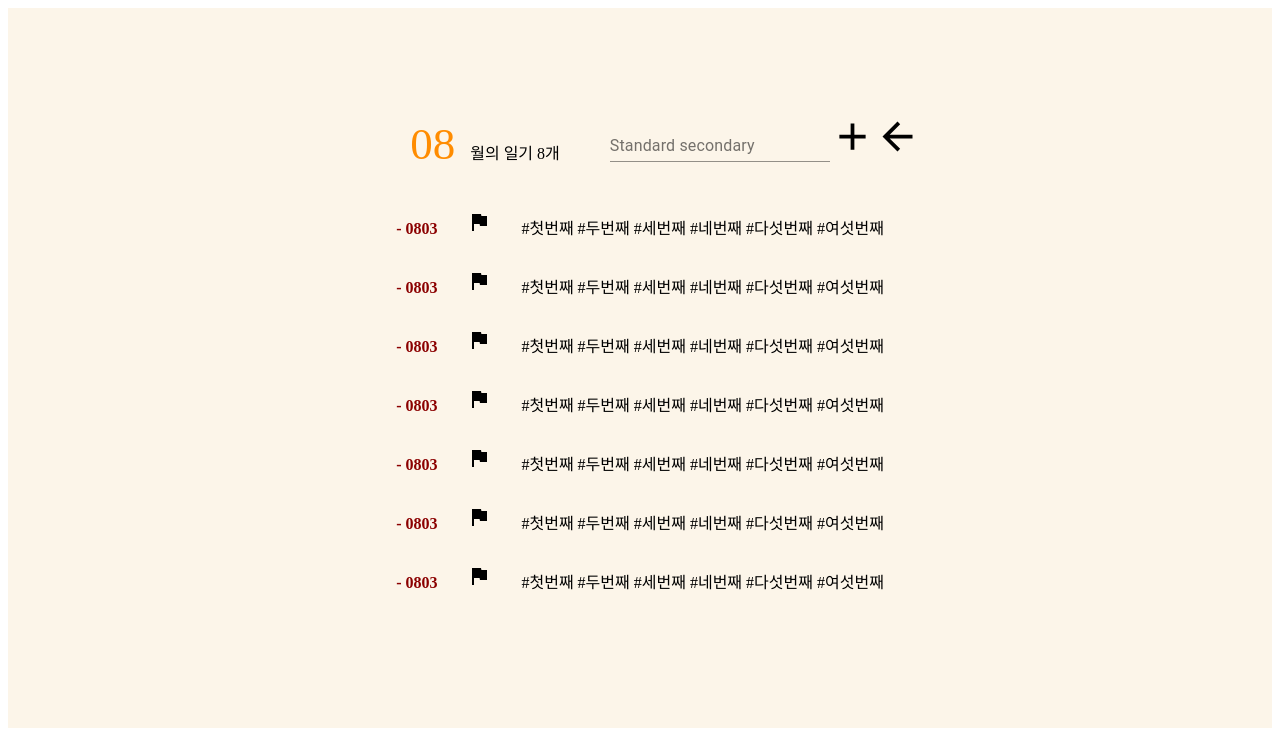
Repository: IMHANA/diary
Page: /list
The author's editor kept a copy of each file at every save. The page is drawn from the files as they stood at one save, then again after the next save.
The browser window is 1280 px wide. The pictures show the whole page.
The project was rebuilt for these pictures with package versions that can differ from the ones it lists, and the page was loaded fresh each time. Also part of the build but not shown: src/App.css, src/pages/Main/main.js, src/pages/Month/month.js.

Above is the page before, as saved 2021-08-05 17:44:01.

### src/App.js
import './App.css';
import React, { Component } from 'react'
import MainTemplates from './components/MainTemplates';

class App extends Component {
  render() {
    console.log('메인을 불러온다!')
    return (
      <div>
        <MainTemplates/>
      </div>
    )
  }
}

export default App;

### src/components/MainTemplates.js
import React, { Component } from 'react'
import Main from '../pages/Main/main';
import Month from '../pages/Month/month';
import DayList from '../pages/DayList/dayList';
import { BrowserRouter as Router, Route, Switch, Link} from 'react-router-dom';

export default class MainTemplates extends Component {
    render() {
        return (
            <Router>
                <Switch>
                    <Route exact path='/' component={Main}/>
                    <Route path='/monthly' component={ Month }/>
                    <Route path='/list' component={ DayList} />
                </Switch>
            </Router>
        )
    }
}

### src/pages/DayList/dayList.js
import React, { Component } from 'react';
import { Add, ArrowBack , Flag} from '@material-ui/icons'
import TextField from '@material-ui/core/TextField';
import '../DayList/dayList.css';

export default class dayList extends Component {
    render() {
        return (
            <div id='container'>
                <div id='sub_box'>
                    <div className='list_title'>
                        <span id='month'>08</span><span id='month_sub'>월의 일기 8개</span>
                        <TextField id="standard-secondary" label="Standard secondary" color="secondary" />
                        <Add style={{fontSize: '45px'}}/>
                        <ArrowBack style={{fontSize: '45px'}} />
                    </div>
                    <div id='title'

                    ></div>
                    <div>
                        <div className='list_box'>
                            <span className='date'>- 0803</span>
                            <Flag className='icon'/>
                            <span>#첫번째 #두번째 #세번째 #네번째 #다섯번째 #여섯번째</span>
                        </div>
                        <div className='list_box'>
                            <span className='date'>- 0803</span>
                            <Flag className='icon'/>
                            <span>#첫번째 #두번째 #세번째 #네번째 #다섯번째 #여섯번째</span>
                        </div>
                        <div className='list_box'>
                            <span className='date'>- 0803</span>
                            <Flag className='icon'/>
                            <span>#첫번째 #두번째 #세번째 #네번째 #다섯번째 #여섯번째</span>
                        </div>
                        <div className='list_box'>
                            <span className='date'>- 0803</span>
                            <Flag className='icon'/>
                            <span>#첫번째 #두번째 #세번째 #네번째 #다섯번째 #여섯번째</span>
                        </div>
                        <div className='list_box'>
                            <span className='date'>- 0803</span>
                            <Flag className='icon'/>
                            <span>#첫번째 #두번째 #세번째 #네번째 #다섯번째 #여섯번째</span>
                        </div>
                        <div className='list_box'>
                            <span className='date'>- 0803</span>
                            <Flag className='icon'/>
                            <span>#첫번째 #두번째 #세번째 #네번째 #다섯번째 #여섯번째</span>
                        </div>
                        <div className='list_box'>
                            <span className='date'>- 0803</span>
                            <Flag className='icon'/>
                            <span>#첫번째 #두번째 #세번째 #네번째 #다섯번째 #여섯번째</span>
                        </div>
                    </div>
                    <div>

                    </div>
                </div>
            </div>
        )
    }
}

### src/pages/Main/main.css
#container {
    display: flex;
    flex-direction:column;

    height: 100vh;

    justify-content: center;
    align-items: center;
    background-color:rgb(252, 245, 233);
}

input[placeholder] {
    text-align: center;
    width: 150px;
    height: 35px;
    margin-bottom: 10px;
}

#login_btn, #sign_up_btn {
    width: 50px;
    height: 50px;
    border-radius: 50%;
    outline: none;
    border: none;
}

#btn_box {
    display: flex;
    justify-content: space-around;
    width: 150px;

}

#login_btn {
    background-color: rgb(255, 182, 45);
    margin-left: 50px;
}
#sign_up_btn {
    background-color: rgb(55, 137, 139);
}

#login_btn:hover {
    cursor: pointer;
    background-color: rgb(218, 153, 35);
}
#sign_up_btn:hover {
    cursor: pointer;
    background-color: rgb(51, 123, 124);
}

### src/pages/Month/month.css
#container {
    margin: 0;
    display: flex;
    flex-direction: column;
    justify-content: center;
    align-items: center;
}

.month_box_container {
    display: flex;
    width: 990px;
    height: 150px;
}
.month_box_container .calendar-item {
    /* display: inline-block; */
    border: 1px solid rgb(243, 243, 243);
    flex:1;
    padding-top: 10px;
    padding-left: 15px;
}

.month_box_container .calendar-item span.title{
    font-size: 40px;
    color:darkgrey;
    cursor: pointer;
    /* margin-top: 10px;
    margin-bottom: 10px; */
}

.month_box_container .calendar-item span.title:hover{
    color:rgb(252, 169, 76);
}

/* .first-floor span.title{
    color: red;
    height: 40px;
} */

#year_row {
    margin-top: 50px;
}

#year_row span {
    padding: 0 15px 0 15px;
}

### src/pages/DayList/dayList.css
#container {
    display: flex;
    flex-direction: column;
    justify-content: center;
    align-items: center;
    height: 100vh;

}

.list_title {
    margin-bottom: 40px;
}

#month {
    color:darkorange;
    font-size: 45px;
    margin-left: 50px;
}

#month_sub {
    margin: 0 50px 0 15px;
}

#sub_box {
    display: flex;
    flex-direction: column;
    justify-content: center;
    align-items: center;
}
.list_box {
    margin-bottom: 30px;
}
.icon {
    padding: 0 30px 0 30px;
}

.date {
    font-weight: bolder;
    color:darkred;
}

Loaded but not shown: public/index.html (common file); src/index.js (common file)

After the next save:
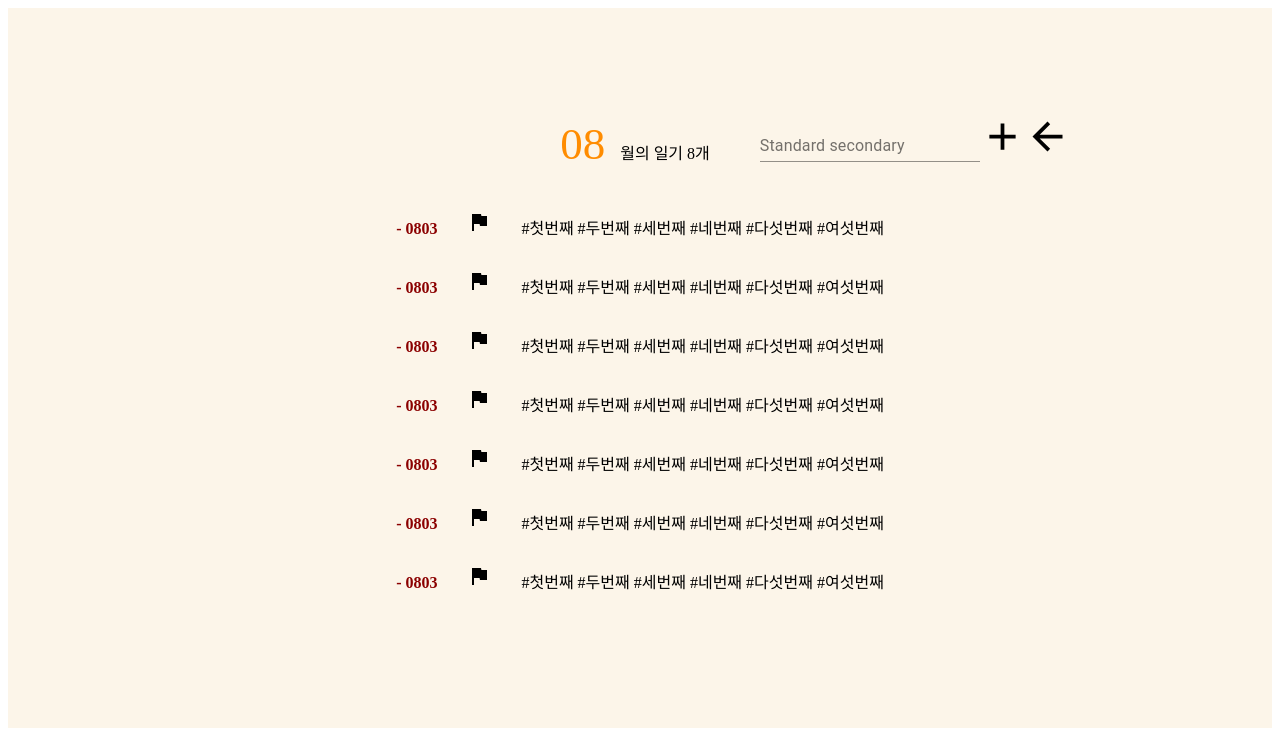
Saved 6 s later.
--- a/src/pages/DayList/dayList.css
+++ b/src/pages/DayList/dayList.css
@@ -14,7 +14,7 @@
 #month {
     color:darkorange;
     font-size: 45px;
-    margin-left: 50px;
+    margin-left: 350px;
 }
 
 #month_sub {
